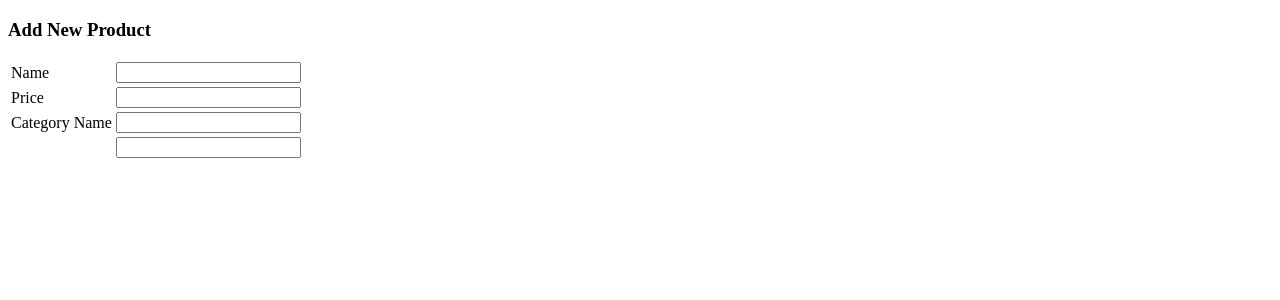
Repository: pyaephyotint22/Maven-Student-Course
Page: http://localhost/04-jsap-java-bean/
An editor plug-in stored every save of this project. The page is shown before and after the next save, followed by the edit.
The browser window is 1280 px wide. The pictures show the whole page.
The page is served by Tomcat 9. Other server files are loaded and not shown.

Above is the page before, as saved 2020-12-17 12:49:09.

### 04-jsap-java-bean/src/main/webapp/index.jsp
<%@ page language="java" contentType="text/html; charset=ISO-8859-1"
    pageEncoding="ISO-8859-1"%>
<!DOCTYPE html>
<html>
<head>
<meta charset="ISO-8859-1">
<title>Insert title here</title>
</head>
<body>
	<h3>Add New Product</h3>
	<form action="">
	<table>
  <tr>
    <td>Name</td>
    <td>
     <input type="text" name="name"/>
    </td>
  </tr>
  <td>Price</td>
    <td>
     <input type="number" name="price"/>
    </td>
  </tr>
  <td>Category Name</td>
    <td>
     <input type="text" name="catName"/>
    </td>
  </tr>
  <td></td>
    <td>
     <input type="text" name="catName"/>
    </td>
  </tr>
</table>

	</form>
</body>
</html>

After the next save:
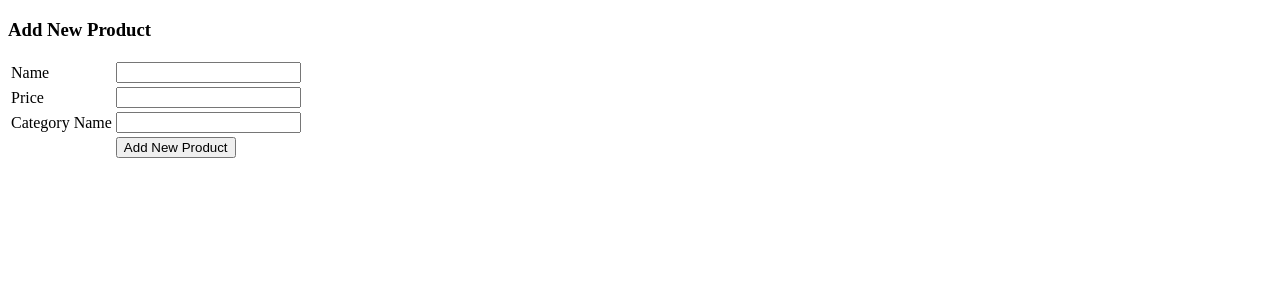
Saved 52 s later.
--- a/04-jsap-java-bean/src/main/webapp/index.jsp
+++ b/04-jsap-java-bean/src/main/webapp/index.jsp
@@ -28,7 +28,7 @@
   </tr>
   <td></td>
     <td>
-     <input type="text" name="catName"/>
+      <button type="submit">Add New Product</button>
     </td>
   </tr>
 </table>
